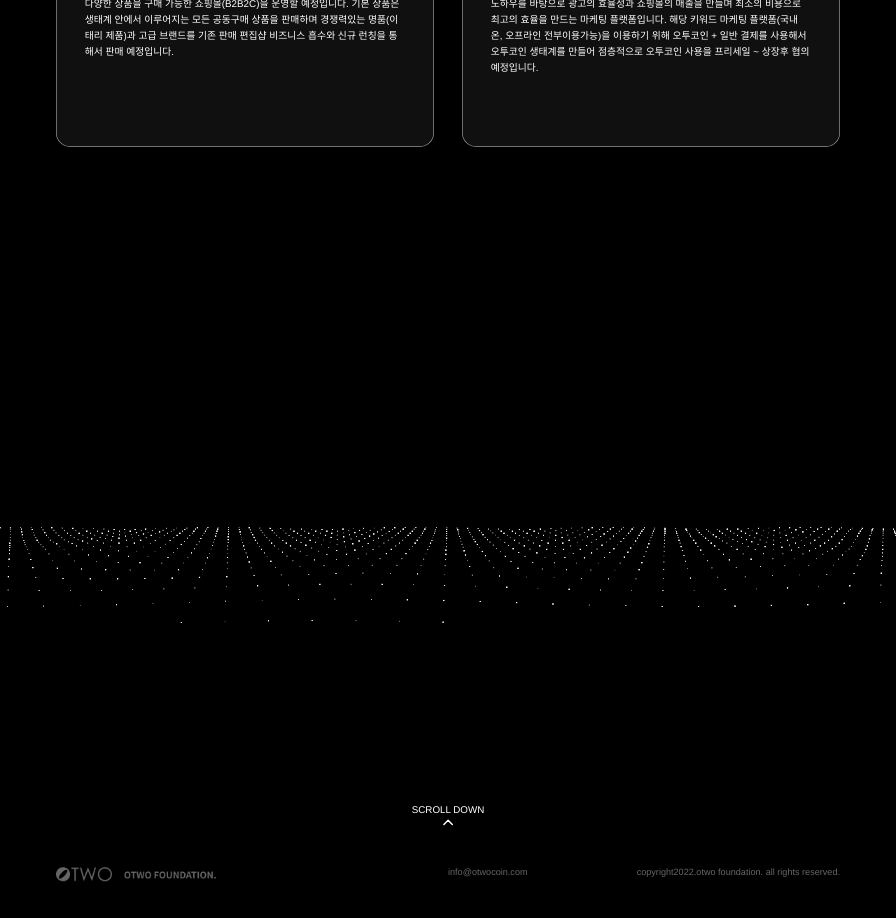
Repository: songhun115/Otwo
Page: service.html
An editor plug-in stored every save of this project. The page is shown before and after the next save, followed by the edit.
The browser window is 1280 px wide. The pictures show the part of the page from y = 1047 to 2967 px (the page is 2358 px tall before and 5044 px after), at 70% of full size.

Above is the page before, as saved 2022-11-18 11:38:05.
Not found: js/three.js

### service.html
<!DOCTYPE html>
<html lang="en">

<head>
    <meta charset="UTF-8">
    <meta http-equiv="X-UA-Compatible" content="IE=edge">
    <meta name="viewport" content="width=device-width, initial-scale=1.0">
    <link rel="stylesheet" href="css/reset.css">
    <link rel="stylesheet" href="css/content.css">
    <link rel="preconnect" href="https://fonts.googleapis.com">
    <link rel="preconnect" href="https://fonts.gstatic.com" crossorigin>
    <link href="https://fonts.googleapis.com/css2?family=Noto+Sans+KR:wght@300;400;500;700;900&display=swap"
        rel="stylesheet">
    <link rel="stylesheet" href="https://cdn.jsdelivr.net/npm/swiper/swiper-bundle.min.css" />
    <script src="https://cdnjs.cloudflare.com/ajax/libs/jquery/3.6.1/jquery.min.js"
        integrity="sha512-aVKKRRi/Q/YV+4mjoKBsE4x3H+BkegoM/em46NNlCqNTmUYADjBbeNefNxYV7giUp0VxICtqdrbqU7iVaeZNXA=="
        crossorigin="anonymous" referrerpolicy="no-referrer"></script>
    <script src="js/index.js"></script>
    <script src="js/three.js"></script>
    <script src="js/three.min.js"></script>
    <title>about</title>
</head>

<body>
    <div class="contaeiner">
        <header class="header">
            <nav class="nav-bar">
                <div class="logo">
                    <img src="img/logo-white.svg" alt="">
                </div>
                <ul class="nav-list">
                    <li class="nav-item">ABOUT US</li>
                    <li class="nav-item">SERVICE</li>
                    <li class="nav-item">BUSINESS</li>
                </ul>
                <div class="white-paper">
                    WHITEPAPER
                </div>
            </nav>
        </header>
        <section class="section overview">
            <h3>OUR SERVICE</h3>
            <h1>O2 PLATFORM</h1>
            <p>오투 플랫폼은 현재(2022 기준) 오투컴퍼니가 운영하면서 관계성을 가진 모든 기업과 상호 모든 비즈니스를 연동하여 수익 창출을 하고 있는
                주 거래처 들이며 이를 하나의 플랫폼으로 만드는걸 준비중인 상황에서 가칭 “오투 플랫폼”으로 B2B2C 개념의 APP에서 상호 모든 회사의 플랫폼들과 연동하여 어떠한 환경에서도 “고객이 원하는 모든걸 한군데서” 찾을 수 있는 다양한 분야 카테고리의 통합 조회(코인결제) 플랫폼 생태계입니다.</p>

        </section>
     <section class="service-platform-list">
        <ul class="platform-list">
            <li class="platform-item">
                <div class="platform-img">
                    <img src="img/shoping.svg" alt="">
                </div>
                <div class="platform-category">shopping mall</div>
                <div class="platform-con">오투 플랫폼 안에서 오투코인으로 구매 거래가 가능한 오투 플랫폼 안에 명품등 다양한 상품을 구매 가능한 쇼핑몰(B2B2C)을 운영할 예정입니다.
                    기본 상품은 생태계 안에서 이루어지는 모든 공동구매 상품을 판매하며 경쟁력있는 명품(이태리 제품)과 고급 브랜드를 기존 판매 편집샵 비즈니스 흡수와 신규 런칭을 통해서 판매 예정입니다. </div>
            </li>
            <li class="platform-item">
                <div class="platform-img">
                    <img src="img/keywrod.svg" alt="">
                </div>
                <div class="platform-category">keyword(lAB543)</div>
                <div class="platform-con">LAB543은 제조, 유통, 영업, ICT, 광고까지 다양한 분야의 키워드 중심의 관리 노하우를 바탕으로 광고의 효율성과 쇼핑몰의 매출을 만들며 최소의 비용으로 최고의 효율을 만드는 마케팅 플랫폼입니다.
                    해당 키워드 마케팅 플랫폼(국내 온, 오프라인 전부이용가능)을 이용하기 위해 오투코인 + 일반 결제를 사용해서 오투코인 생태계를 만들어 점층적으로 오투코인 사용을 프리세일 ~ 상장후 협의 예정입니다. </div>
            </li>
        </ul>
     </section>

    </div>


    <div class="contaeiner-two">


        </div>
        <div id="canvas">
            <div class="scroll-up ">
                <p>SCROLL DOWN</p>
                <img src="img/chevron-up.svg" alt="">
            </div>

        </div>
        <script>
            window.addEventListener("DOMContentLoaded", () => {
            const w = window.innerWidth;
            const h = window.innerHeight / 2;
            const dpr = window.devicePixelRatio;

            const fov = 60;
            const fovRad = (fov / 2) * (Math.PI / 180);
            const dist = h / 2 / Math.tan(fovRad);

            const clock = new THREE.Clock();
            const particles = 5000;
            const pointSize = 2.5;

            const renderer = new THREE.WebGLRenderer();
            renderer.setSize(w, h);
            renderer.setClearColor(new THREE.Color(0x000000), 1.0);
            renderer.setPixelRatio(dpr);

            const container = document.getElementById("canvas");
            container.appendChild(renderer.domElement);

            const camera = new THREE.PerspectiveCamera(fov, w / h, 1, dist * 2);
            camera.position.x = 0;
            camera.position.y = 0;
            camera.position.z = 10;

            const scene = new THREE.Scene();

            const geo = new THREE.BufferGeometry();
            let positions = [];
            let x, y, z;

            const width = 400 * (w / h);

            const depth = 400;
            const distance = 10;

            for (let x = 0; x < width; x += distance) {
              for (let z = 0; z < depth; z += distance) {
                positions.push(-width / 2 + x, -30, -depth / 2 + z);
              }
            }
            let positionAttribute = new THREE.Float32BufferAttribute(positions, 3);
            geo.addAttribute("position", positionAttribute);

            const mat = new THREE.ShaderMaterial({
              uniforms: {
                u_time: {
                  value: 0.0
                }
              },
              vertexShader: `
              #define M_PI 3.1415926535897932384626433832795

              precision mediump float;
              uniform float u_time;
              void main() {
                vec3 p = position;
                p.y += (
                  cos(p.x / M_PI * 8.0 + u_time * 2.0) +
                  sin(p.z / M_PI * 8.0 + u_time * 2.0)
                );
                gl_PointSize = 1.5;
                gl_Position = projectionMatrix * modelViewMatrix * vec4(p, 1.0);
              }
              `,
              fragmentShader: `
              precision mediump float;
              void main() {
                gl_FragColor = vec4(1.0, 1.0, 1.0, 1.0);
              }
              `
            });

            const mesh = new THREE.Points(geo, mat);
            scene.add(mesh);

            render();

            function render() {
              const time = clock.getElapsedTime();
              mesh.material.uniforms.u_time.value = time;
              renderer.render(scene, camera);
              requestAnimationFrame(render);
            }
          });
          </script>
          <footer class="footer">
            <div class="footer-left">
                <img src="img/footer-left.png" alt="">
            </div>
            <div class="footer-right">
                <p>info@otwocoin.com</p>
                <p>copyright2022.otwo foundation. all rights reserved.</p>
            </div>
        </footer>
</body>

</html>

### css/reset.css
html, body, div, span, applet, object, iframe,
h1, h2, h3, h4, h5, h6, p, blockquote, pre,
a, abbr, acronym, address, big, cite, code,
del, dfn, em, img, ins, kbd, q, s, samp,
small, strike, strong, sub, sup, tt, var,
b, u, i, center,
dl, dt, dd, ol, ul, li,
fieldset, form, label, legend,
table, caption, tbody, tfoot, thead, tr, th, td,
article, aside, canvas, details, embed,
figure, figcaption, footer, header, hgroup,
menu, nav, output, ruby, section, summary,
time, mark, audio, video {
	margin: 0;
	padding: 0;
	border: 0;
	font-size: 100%;
	font: inherit;
	vertical-align: baseline;

}
/* HTML5 display-role reset for older browsers */
article, aside, details, figcaption, figure,
footer, header, hgroup, menu, nav, section {
	display: block;
}
body {
	line-height: 1;
  overflow-x: hidden;
  overflow-y: scroll;
}
ol, ul {
	list-style: none;
}
blockquote, q {
	quotes: none;
}
blockquote:before, blockquote:after,
q:before, q:after {
	content: '';
	content: none;
}
table {
	border-collapse: collapse;
	border-spacing: 0;
}
a,span{display: inline-block;}
body{font-family: 'Noto Sans KR', sans-serif; color: #fff;}
section h1 {font-size: 48px; line-height: 70px; color:#fff; font-weight: 700;}
section p {line-height: 23px; font-weight: 400; font-size: 16px;}
h2{font-size: 32px; font-weight: 700; line-height: 46px;}


html,
body {
  position: relative;
  height: 100%;
}

body {
  background: #eee;
  font-family: Helvetica Neue, Helvetica, Arial, sans-serif;
  font-size: 14px;
  color: #000;
  margin: 0;
  padding: 0;
}

.swiper {
  width: 100%;
  height: 100%;
}

.swiper-slide {
  text-align: center;
  font-size: 18px;


  /* Center slide text vertically */
  display: -webkit-box;
  display: -ms-flexbox;
  display: -webkit-flex;
  display: flex;
  -webkit-box-pack: center;
  -ms-flex-pack: center;
  -webkit-justify-content: center;
  justify-content: center;
  -webkit-box-align: center;
  -ms-flex-align: center;
  -webkit-align-items: center;
  align-items: center;
}

.swiper-slide img {
  display: block;
  width: 100%;
  height: 100%;
  object-fit: cover;
}
.service-swiper{ overflow: inherit !important; max-width: 1120px !important;}

### css/content.css
.intro{height: 100vh;}
canvas{    position: absolute; left: 0; top: 0; z-index: -1;}
.contaeiner{max-width: 1120px; margin: 0 auto;}
.contaeiner-two{max-width: 1120px; margin: 0 auto;}
body{background-color: #000; color: #fff;}
/*! 헤더  */
.header{position: absolute; left: 50%; top: 0; transform: translateX(-50%); width: 100%; max-width: 1120px; margin: 0 auto;  z-index: 11;}
.nav-bar{display: flex; justify-content: space-between; align-items: center; padding: 20px;}
.nav-list{display: flex; align-items: center;}
.nav-item{padding:0 50px; font-weight: 700;font-size: 14px;line-height: 20px; cursor: pointer;}
/*!메인페이지   */
.intro{position: relative;}
.intro-box{display: flex; flex-direction: column; align-items: center; justify-content: center; text-align: center; width: 100%;height: 100%;}
.pur-button{border: 1px solid #A600FF;border-radius: 50px; display: flex;flex-direction: row;justify-content: center;align-items: center;gap: 10px; transition: 0.3s; width: 216px;height: 45px; cursor: pointer;}
.pur-button:hover{background-color: #A600FF; }
.pur-button:hover > button{color:#D9D9D9;}
.intro-box > p{padding: 40px 0 80px 0;}
.pur-button button{border: none;outline: none; color:#A600FF; background-color: transparent; font-weight: 700; font-size: 17px; line-height: 25px;}
.scroll-down{position: absolute; bottom: 50px; left: 50%; transform: translateX(-50%);}
.scroll-down > p {font-weight: 300; padding-bottom:7px; color: #fff; color: pu;}


/*! 메인 service */
.service{padding-top: 320px;}
.service-content{display: flex; justify-content: space-between; align-items: center;}
.service-left.service-right{width: 50%;}
.service-left > p,.business-box-left p{padding-top: 40px; font-size: 16px;}
.service-category-box{display: flex; flex-direction: column; justify-content: start; align-items: flex-start; text-align: left; padding-right: 40px; box-sizing: border-box;}
.service-category-box > h4 {font-size: 20px; line-height: 29px; font-weight: 400; margin:40px 0 20px 0;}
.service-category-box > p {font-size: 16px;}

.service-swiper{padding:120px 0 100px 0!important; box-sizing: border-box !important;}
.swiper-button-prev,
.swiper-button-next{top: 90% !important;  }
.swiper-button-prev{left:0 !important;}
.swiper-button-next{left: 64px !important;}
.swiper-button-next:after, .swiper-button-prev:after{content: "" !important;font-family: none !important;width: 20px !important;height: 20px !important;}
.swiper-button-next:after{background-image: url("../img/chevron-right.svg") !important;}
.swiper-button-prev:after{background-image: url("../img/chevron-left.svg") !important;}


  /*!메인 Business */
  .business{padding-top: 370px;}
  .business-box{display: flex; justify-content: space-between; align-items: center;}
  .business-box-left .pur-button{margin-top: 80px;}
  .business-box-left{width: 58%;}
  business-box-right{width: 42%;}
  .scroll-up{position: absolute;bottom: 0;left: 50%;transform: translateX(-50%);text-align: center;}
  #canvas{position: relative; height: 100%; max-height: 659px;}
  /* #canvas canvas{ height: 1000px !important;} */
  /* #canvas canvas{height: 1000px;} */
  /*! 푸터   */
  .footer{max-width: 1120px; margin: 0 auto; display: flex; justify-content: space-between; padding: 50px 0;}
  footer-left,
  .footer-right{width: 50%;}
  .footer-right{display: flex; justify-content: space-between; opacity: 0.4; font-size: 13px; line-height: 13px;}



  /*! 어바웃 */
  .canvas-one-wrap{position: relative; max-height: 659px; height: 100%;}
  .canvas-one{ top: 50%;left: 50%; transform: translate(-50%, -50%); margin-top: 100px; background-image: url(../img/logo-purple.png);background-repeat: no-repeat;background-position: center}
  .contaeiner-two{padding-top: 320px;}
  .overview{padding-top: 320px; text-align: center; }
  .overview > h3{font-weight: 700; font-size: 20px;}
  .our-values{text-align: center;}
  .our-values > h1{margin:80px 0 40px 0;}
  .overview > h1{margin:80px 0 40px 0}
  .our-values-list{display: flex; justify-content: space-between; padding-top: 120px;}
  .our-values-item{text-align: left;}
  .our-values-category {margin:20px 0 32px 0; font-size: 24px; font-weight: 600;}

  .advisor{padding-top: 480px;}
  .advisor > h2{margin: 80px 0 120px 0;}
  .member-info {padding:40px 40px 60px 40px; box-sizing: border-box;}
  .advisor-member-list{    display: grid;grid-template-columns: repeat(3,1fr);gap: 40px}
  .advisor-member-item{background: #252525; border-radius: 20px; }
  .member-name{font-size: 20px; font-weight: 700;}
  .member-info > div{display: flex; align-items: center; justify-content: space-between; margin-top: 5px;}
  .member-photo img{ width: 100%;}
  .more-button{    max-width: 216px;margin: 120px auto;}
  .advisor-member-item-more{display: none;}
  .advisor-member-item-more.show{display: block;}

  /*!서비스  */
  .service-platform-list{padding-top: 170px;}
  .platform-list{ display: grid;grid-template-columns: repeat(2,1fr);gap: 40px}
  .platform-item{ background: #101010; border: 0.5px solid rgba(235, 235, 235, 0.6); border-radius: 20px; padding:40px 40px 100px 40px}
  .platform-con{line-height: 23px;}
  .platform-category{font-size: 32px; font-weight: 700; margin:27px 0;}

### js/index.js
$(document).ready(function () {
    $('.more-button').click(function () {
        $('.advisor-member-item-more').addClass('show');
    });
});

### img/shoping.svg
<svg width="120" height="120" viewBox="0 0 120 120" fill="none" xmlns="http://www.w3.org/2000/svg">
<path d="M45 55V30C45 21.7157 51.7157 15 60 15C68.2843 15 75 21.7157 75 30V54.8363M52 105H68C79.2011 105 84.8016 105 89.0798 102.82C92.8431 100.903 95.9027 97.8431 97.8201 94.0798C100 89.8016 100 84.2011 100 73V61C100 55.3995 100 52.5992 98.9101 50.4601C97.9513 48.5785 96.4215 47.0487 94.5399 46.0899C92.4008 45 89.6005 45 84 45H36C30.3995 45 27.5992 45 25.4601 46.0899C23.5785 47.0487 22.0487 48.5785 21.0899 50.4601C20 52.5992 20 55.3995 20 61V73C20 84.201 20 89.8016 22.1799 94.0798C24.0973 97.8431 27.1569 100.903 30.9202 102.82C35.1984 105 40.7989 105 52 105Z" stroke="#A600FF" stroke-width="2" stroke-linecap="round" stroke-linejoin="round"/>
</svg>

Loaded but not shown: js/three.min.js (library)

After the next save:
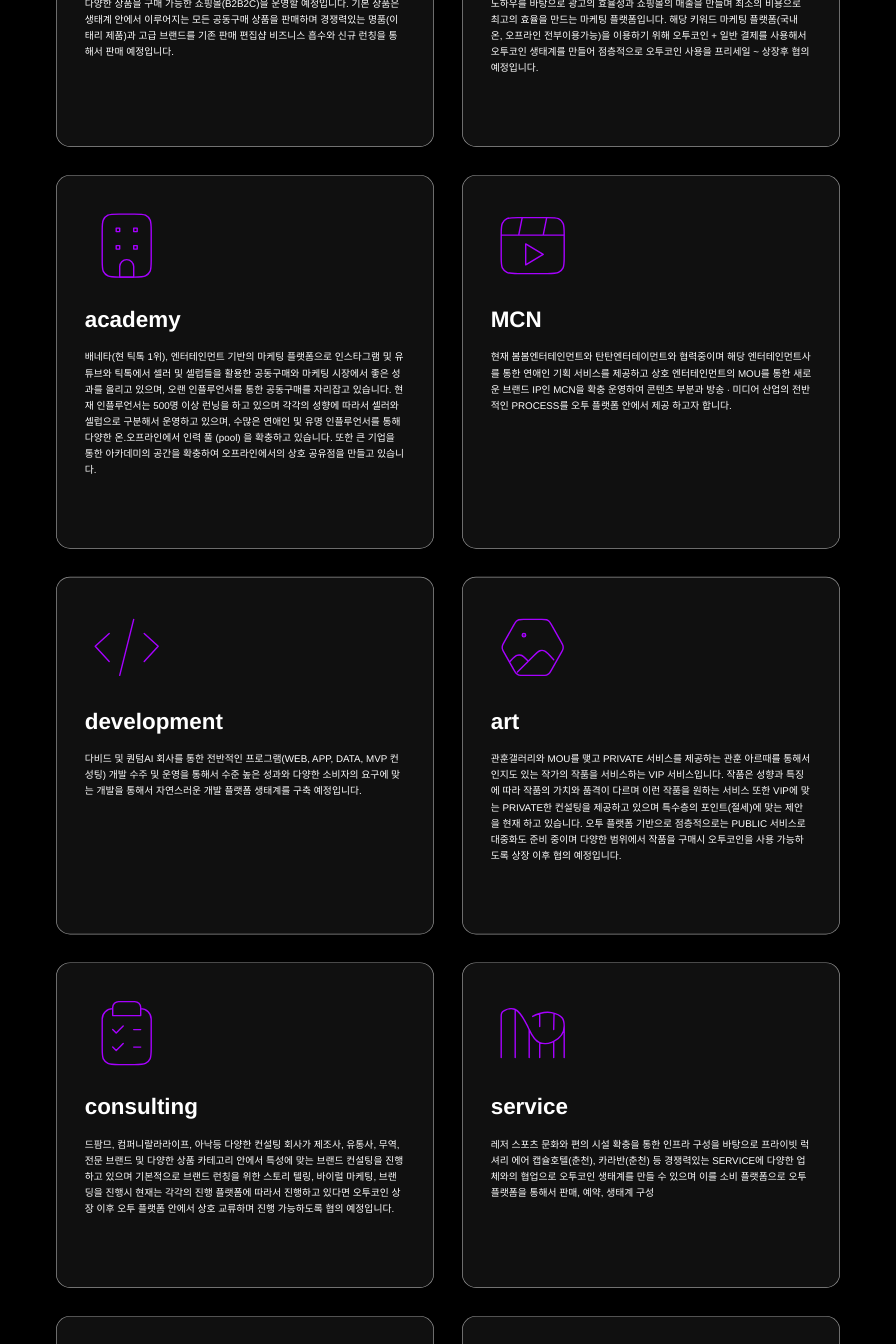
Saved 3 min 11 s later.
--- a/service.html
+++ b/service.html
@@ -63,6 +63,80 @@
                 <div class="platform-con">LAB543은 제조, 유통, 영업, ICT, 광고까지 다양한 분야의 키워드 중심의 관리 노하우를 바탕으로 광고의 효율성과 쇼핑몰의 매출을 만들며 최소의 비용으로 최고의 효율을 만드는 마케팅 플랫폼입니다.
                     해당 키워드 마케팅 플랫폼(국내 온, 오프라인 전부이용가능)을 이용하기 위해 오투코인 + 일반 결제를 사용해서 오투코인 생태계를 만들어 점층적으로 오투코인 사용을 프리세일 ~ 상장후 협의 예정입니다. </div>
             </li>
+            <li class="platform-item">
+                <div class="platform-img">
+                    <img src="img/academy.svg" alt="">
+                </div>
+                <div class="platform-category">academy</div>
+                <div class="platform-con">배네타(현 틱톡 1위), 엔터테인먼트 기반의 마케팅 플랫폼으로 인스타그램 및 유튜브와 틱톡에서 셀러 및 셀럽들을 활용한 공동구매와 마케팅 시장에서 좋은 성과를 올리고 있으며, 오랜 인플루언서를 통한 공동구매를 자리잡고 있습니다. 현재 인플루언서는 500명 이상 런닝을 하고 있으며
+                    각각의 성향에 따라서 셀러와 셀럽으로 구분해서 운영하고 있으며, 수많은 연애인 및 유명 인플루언서를 통해 다양한 온.오프라인에서 인력 풀 (pool) 을 확충하고 있습니다. 또한 큰 기업을 통한 아카데미의 공간을 확충하여 오프라인에서의 상호 공유점을 만들고 있습니다.
+                     </div>
+            </li>
+            <li class="platform-item">
+                <div class="platform-img">
+                    <img src="img/mcn.svg" alt="">
+                </div>
+                <div class="platform-category">MCN</div>
+                <div class="platform-con">현재 봄봄엔터테인먼트와 탄탄엔터테이먼트와 협력중이며 해당 엔터테인먼트사를 통한 연애인 기획 서비스를 제공하고 상호 엔터테인먼트의 MOU를 통한 새로운 브랜드 IP인 MCN을 확충 운영하여 콘텐츠 부분과 방송 ∙ 미디어 산업의 전반적인 PROCESS를 오투 플랫폼 안에서 제공 하고자 합니다.
+                    </div>
+            </li>
+
+            <li class="platform-item">
+                <div class="platform-img">
+                    <img src="img/development.svg" alt="">
+                </div>
+                <div class="platform-category">development</div>
+                <div class="platform-con">다비드 및 퀀텀AI 회사를 통한 전반적인 프로그램(WEB, APP, DATA, MVP 컨성팅) 개발 수주 및 운영을 통해서 수준 높은 성과와 다양한 소비자의 요구에 맞는 개발을 통해서 자연스러운 개발 플랫폼 생태계를 구축 예정입니다.</div>
+            </li>
+            <li class="platform-item">
+                <div class="platform-img">
+                    <img src="img/art.svg" alt="">
+                </div>
+                <div class="platform-category">art</div>
+                <div class="platform-con">관훈갤러리와 MOU를 맺고 PRIVATE 서비스를 제공하는 관훈 아르때를 통해서 인지도 있는 작가의 작품을 서비스하는 VIP 서비스입니다.
+                    작품은 성향과 특징에 따라 작품의 가치와 품격이 다르며 이런 작품을 원하는 서비스 또한 VIP에 맞는 PRIVATE한 컨설팅을 제공하고 있으며 특수층의 포인트(절세)에 맞는 제안을 현재 하고 있습니다.
+                    오투 플랫폼 기반으로 점층적으로는 PUBLIC 서비스로 대중화도 준비 중이며 다양한
+                    범위에서 작품을 구매시 오투코인을 사용 가능하도록
+                    상장 이후 협의 예정입니다.</div>
+            </li>
+            <li class="platform-item">
+                <div class="platform-img">
+                    <img src="img/consulting.svg" alt="">
+                </div>
+                <div class="platform-category">consulting</div>
+                <div class="platform-con">드팜므, 컴퍼니랄라라이프, 아낙등 다양한 컨설팅 회사가 제조사, 유통사, 무역, 전문 브랜드 및 다양한 상품 카테고리 안에서 특성에 맞는 브랜드 컨설팅을 진행하고 있으며 기본적으로 브랜드 런칭을 위한 스토리 텔링, 바이럴 마케팅, 브랜딩을 진행시 현재는 각각의 진행 플랫폼에 따라서 진행하고 있다면 오투코인 상장 이후 오투 플랫폼 안에서 상호 교류하며 진행 가능하도록 협의 예정입니다.</div>
+            </li>
+            <li class="platform-item">
+                <div class="platform-img">
+                    <img src="img/service.svg" alt="">
+                </div>
+                <div class="platform-category">service</div>
+                <div class="platform-con">레저 스포츠 문화와 편의 시설 확충을 통한 인프라 구성을 바탕으로 프라이빗 럭셔리 에어 캡슐호텔(춘천), 카라반(춘천) 등 경쟁력있는 SERVICE에 다양한 업체와의 협업으로 오투코인 생태계를 만들 수 있으며 이를 소비 플랫폼으로 오투 플랫폼을 통해서 판매, 예약, 생태계 구성</div>
+            </li>
+            <li class="platform-item">
+                <div class="platform-img">
+                    <img src="img/nft.svg" alt="">
+                </div>
+                <div class="platform-category">nft</div>
+                <div class="platform-con">NFT 시장에서 연애인을 통한 이미지 판매,연애인이 애용하는 애장품을 NFT로 판매하고 상품을 통한 NFT 블록체인 구성하여 기능성 신발을 APP 통한 연동 판매 , 의류 디자인 판매, 인플루언서 NFT판매 , 가상의 공동구매 상품 NFT 판매,  인플루언서 애장품 판매할 예정입니다.</div>
+            </li>
+            <li class="platform-item">
+                <div class="platform-img">
+                    <img src="img/keywrod.svg" alt="">
+                </div>
+                <div class="platform-category">keyword(lAB543)</div>
+                <div class="platform-con">LAB543은 제조, 유통, 영업, ICT, 광고까지 다양한 분야의 키워드 중심의 관리 노하우를 바탕으로 광고의 효율성과 쇼핑몰의 매출을 만들며 최소의 비용으로 최고의 효율을 만드는 마케팅 플랫폼입니다.
+                    해당 키워드 마케팅 플랫폼(국내 온, 오프라인 전부이용가능)을 이용하기 위해 오투코인 + 일반 결제를 사용해서 오투코인 생태계를 만들어 점층적으로 오투코인 사용을 프리세일 ~ 상장후 협의 예정입니다. </div>
+            </li>
+            <li class="platform-item">
+                <div class="platform-img">
+                    <img src="img/keywrod.svg" alt="">
+                </div>
+                <div class="platform-category">keyword(lAB543)</div>
+                <div class="platform-con">LAB543은 제조, 유통, 영업, ICT, 광고까지 다양한 분야의 키워드 중심의 관리 노하우를 바탕으로 광고의 효율성과 쇼핑몰의 매출을 만들며 최소의 비용으로 최고의 효율을 만드는 마케팅 플랫폼입니다.
+                    해당 키워드 마케팅 플랫폼(국내 온, 오프라인 전부이용가능)을 이용하기 위해 오투코인 + 일반 결제를 사용해서 오투코인 생태계를 만들어 점층적으로 오투코인 사용을 프리세일 ~ 상장후 협의 예정입니다. </div>
+            </li>
+
         </ul>
      </section>
 
